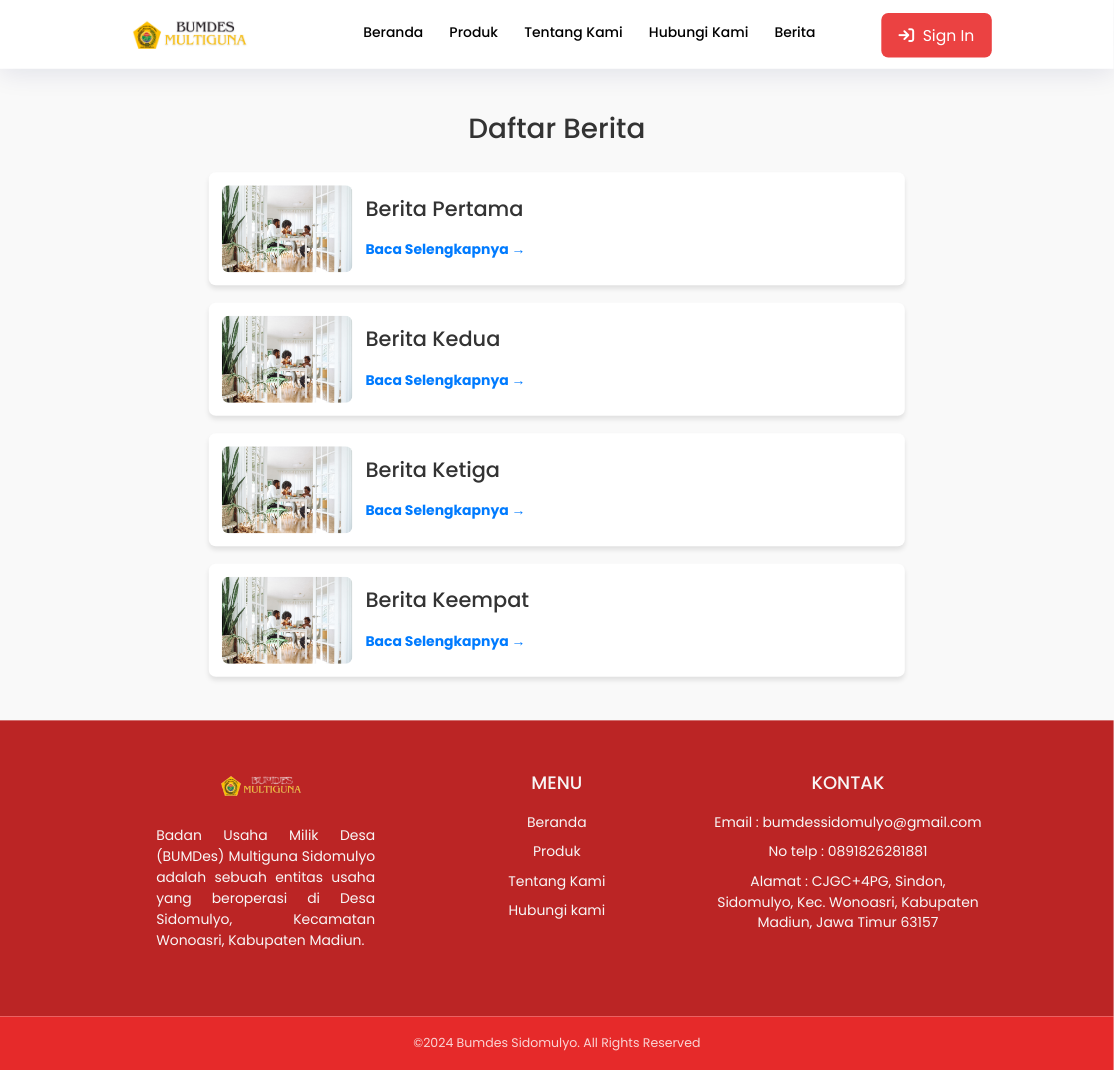
Repository: Sandyskuy/bumdes-user
Page: /newslist
The author's editor kept a copy of each file at every save. The page is drawn from the files as they stood at one save, then again after the next save.
The browser window is 1280 px wide. The pictures show the whole page, at 87% of full size.
The page's requests for data from a server got no answer. Some web libraries are served in a nearby version. The project was rebuilt for these pictures with package versions that can differ from the ones it lists, and the page was loaded fresh each time. No one was signed in, and anything a server would have sent is missing. Also part of the build but not shown: src/components/home/awards/awards.css, src/components/home/awards/Awards.jsx, src/components/common/Heading.jsx, src/components/home/featured/Featured.css, src/components/home/featured/FeaturedCard.jsx, src/components/home/featured/Featured.jsx, src/components/home/hero/hero.css, src/components/home/hero/Hero.jsx and 30 more.

Above is the page before, as saved 2025-03-17 22:22:54.

### public/index.html
<!DOCTYPE html>
<html lang="en">
  <head>
    <meta charset="utf-8" />
    <link rel="icon" href="%PUBLIC_URL%/favicon2.png" />
    <meta name="viewport" content="width=device-width, initial-scale=1" />
    <meta name="theme-color" content="#000000" />
    <meta name="description" content="Web site created using create-react-app" />
    <link rel="apple-touch-icon" href="%PUBLIC_URL%/logo192.png" />
    <link rel="stylesheet" href="https://cdnjs.cloudflare.com/ajax/libs/font-awesome/6.1.1/css/all.min.css" integrity="sha512-KfkfwYDsLkIlwQp6LFnl8zNdLGxu9YAA1QvwINks4PhcElQSvqcyVLLD9aMhXd13uQjoXtEKNosOWaZqXgel0g==" crossorigin="anonymous" referrerpolicy="no-referrer" />
    <link rel="manifest" href="%PUBLIC_URL%/manifest.json" />
    <link href="https://cdn.jsdelivr.net/npm/bootstrap@5.3.0-alpha1/dist/css/bootstrap.min.css" rel="stylesheet">
</head>
    <title>Bumdes Multiguna</title>
  </head>
  <body>
    <noscript>You need to enable JavaScript to run this app.</noscript>
    <div id="root"></div>
  </body>
</html>

### src/components/pages/DefaultLayout.jsx
import React from 'react';
import Header from '../common/header/Header';
import Footer from '../common/footer/Footer';

const DefaultLayout = ({ children }) => {
  return (
    <>
      <Header />
      <main>{children}</main>
      <Footer />
    </>
  );
};

export default DefaultLayout;

### src/components/news/Newslist.jsx
import React from "react";
import { Link } from "react-router-dom";
import "./Newslist.css";
import img from "../images/about.jpg";

const NewsList = () => {
  // Data berita manual
  const newsItems = [
    {
      id: 1,
      image: "https://via.placeholder.com/150",
      title: "Berita Pertama",
    },
    {
      id: 2,
      image: "https://via.placeholder.com/150",
      title: "Berita Kedua",
    },
    {
      id: 3,
      image: "https://via.placeholder.com/150",
      title: "Berita Ketiga",
    },
    {
      id: 4,
      image: "https://via.placeholder.com/150",
      title: "Berita Keempat",
    },
  ];

  return (
    <section className="news-list">
      <div className="container">
        <h1>Daftar Berita</h1>
        <div className="news-list-container">
          {newsItems.map((news) => (
            <div className="newslist-item" key={news.id}>
              <img src={img} alt={news.title} />
              <div className="newslist-info">
                <h2>{news.title}</h2>
                <Link to={`/news/${news.id}`} className="read-more">
                  Baca Selengkapnya →
                </Link>
              </div>
            </div>
          ))}
        </div>
      </div>
    </section>
  );
};

export default NewsList;

### src/components/services/Service.css
@import url("https://fonts.googleapis.com/css2?family=Poppins:wght@400;500;700&display=swap");

body {
  font-family: "Poppins", sans-serif;
}

/* FILTER BAR */
.filter-container {
  display: flex;
  justify-content: center;
  gap: 15px;
  margin-bottom: 50px;
  margin-top: 50px;
  flex-wrap: wrap;
}

.search-input,
.category-select {
  padding: 10px;
  border-radius: 8px;
  border: 1px solid #ccc;
  font-size: 14px;
  height: 40px;
}

.search-input {
  width: 250px;
}

/* GRID PRODUK */
.service {
  display: grid;
  grid-template-columns: repeat(auto-fill, minmax(250px, 1fr));
  gap: 20px;
  justify-content: center;
}

/* CARD PRODUK */
.card {
  background: white;
  border-radius: 12px;
  overflow: hidden;
  box-shadow: 0 4px 10px rgba(0, 0, 0, 0.1);
  transition: all 0.3s ease-in-out;
  text-decoration: none;
  color: inherit;
}

.card:hover {
  transform: translateY(-5px);
  box-shadow: 0 8px 20px rgba(0, 0, 0, 0.15);
}

.card-img-top {
  width: 100%;
  height: 180px;
  object-fit: cover;
  border-top-left-radius: 12px;
  border-top-right-radius: 12px;
}

.card-body {
  padding: 15px;
}

.card-title {
  font-size: 1.1rem;
  font-weight: bold;
}

.category-name {
  font-size: 12px;
  color: white;
  background-color: #007bff;
  padding: 4px 10px;
  border-radius: 12px;
  font-weight: 500;
}

.card-text {
  font-size: 1rem;
  color: #28a745;
  font-weight: bold;
}

/* PAGINATION */
.pagination-container {
  display: flex;
  justify-content: center;
  margin-top: 20px;
}

.pagination {
  display: flex;
  list-style: none;
  padding: 0;
}

.pagination a {
  padding: 10px 15px;
  border-radius: 5px;
  border: 1px solid #ddd;
  color: #333;
  text-decoration: none;
}

.pagination .active a {
  background-color: #007bff;
  color: white;
}

/* Responsive Styles */
@media (max-width: 1024px) {
  .filter-container {
    gap: 10px;
    margin-top: 30px;
  }

  .search-input,
  .category-select {
    width: 200px;
  }

  .service {
    grid-template-columns: repeat(3, 1fr);
  }
}

@media (max-width: 768px) {
  .filter-container {
    flex-direction: column;
    align-items: center;
  }

  .search-input,
  .category-select {
    width: 80%;
    margin-bottom: 15px;
  }

  .service {
    grid-template-columns: repeat(2, 1fr);
  }

  .card {
    width: 100%;
  }

  .card-title {
    font-size: 1rem;
  }

  .card-text {
    font-size: 0.9rem;
  }
}

@media (max-width: 480px) {
  .filter-container {
    flex-direction: column;
    align-items: center;
    gap: 5px;
    margin-top: 20px;
  }

  .service {
    grid-template-columns: 1fr;
  }

  .card {
    width: 100%;
    margin-bottom: 20px;
  }

  .card-title {
    font-size: 0.9rem;
  }

  .card-text {
    font-size: 0.9rem;
  }

  .pagination-container {
    margin-top: 20px;
  }
}

### src/components/services/Servicecard.css
@import url("https://fonts.googleapis.com/css2?family=Poppins:wght@400;500;700&display=swap");

.card {
  width: 100%; /* Ensure the card takes full width of its container */
  max-width: 20rem; /* Limit card width */
  border: none;
  border-radius: 8px;
  overflow: hidden; /* Prevent image overflow */
  box-shadow: 0 4px 8px rgba(0, 0, 0, 0.1);
  transition: transform 0.3s ease, box-shadow 0.3s ease;
  cursor: pointer; /* Change cursor to hand on hover */
}

.card:hover {
  transform: translateY(-5px); /* Lift the card on hover */
  box-shadow: 0 8px 16px rgba(0, 0, 0, 0.2);
}

.card-img-top {
  width: 100%;
  height: 15rem;
  object-fit: cover;
  border-top-left-radius: 8px;
  border-top-right-radius: 8px;
}

.card-body {
  padding: 20px;
}

.card-title {
  font-family: "Poppins", sans-serif;
  font-size: 1.25rem;
  font-weight: bold;
  margin-bottom: 10px;
}

.card-text {
  font-family: "Poppins", sans-serif;
  font-size: 1rem;
  color: #666;
  margin-bottom: 20px;
}

.btn {
  display: block;
  width: 100%;
  background-color: #007bff;
  color: #fff;
  border: none;
  padding: 10px 0;
  border-radius: 0;
  text-align: center;
  text-decoration: none;
  transition: background-color 0.3s ease;
}

.btn:hover {
  background-color: #0056b3;
}

.card-title-container {
  display: flex;
  justify-content: space-between;
  align-items: center;
}

.category-name {
  font-size: 13px;
  font-family: "Poppins", sans-serif;
  color: #000;
  background-color: #ccc;
  border: 1px solid #ccc;
  padding: 2px 8px;
  border-radius: 15px;
}

/* Responsive Grid Layout for Cards */
.card-container {
  display: grid;
  grid-template-columns: repeat(
    auto-fill,
    minmax(18rem, 1fr)
  ); /* Auto-fill columns with a minimum width of 18rem */
  gap: 20px; /* Space between cards */
}

/* For mobile devices (max-width: 768px) */
@media (max-width: 768px) {
  .card-container {
    grid-template-columns: repeat(2, 1fr); /* At least 2 items per row */
  }

  .card-title {
    font-size: 1.1rem; /* Slightly smaller title for mobile */
  }

  .card-text {
    font-size: 0.9rem; /* Smaller text for mobile */
  }
}

/* For smaller mobile screens (max-width: 480px) */
@media (max-width: 480px) {
  .card-container {
    grid-template-columns: 1fr; /* Only 1 item per row on very small screens */
  }

  .card-title {
    font-size: 1rem; /* Further adjust title size */
  }

  .card-text {
    font-size: 0.85rem; /* Adjust text size */
  }
}

### src/components/common/header/Header.jsx
import React, { useEffect, useState, useMemo } from "react";
import { Link, useNavigate } from "react-router-dom";
import { Dropdown } from "react-bootstrap";
import classNames from "classnames";
import "./header.css";
import { nav, navLogined } from "../../data/Data";
import Profile from "../../images/Profile.png";

const Header = () => {
  const [navList, setNavList] = useState(false);
  const [login, setLogin] = useState(() => !!localStorage.getItem("token")); // Perbaikan di sini
  const navigate = useNavigate();

  useEffect(() => {
    const handleStorageChange = () => {
      setLogin(!!localStorage.getItem("token"));
    };

    window.addEventListener("storage", handleStorageChange);
    return () => window.removeEventListener("storage", handleStorageChange);
  }, []);

  const handleLogout = () => {
    localStorage.clear();
    setLogin(false); // Pastikan state diperbarui
    navigate("/login");
  };

  const navItems = useMemo(() => (login ? navLogined : nav), [login]);

  return (
    <header>
      <div className="container flex">
        <div className="logo-bumdes">
          <img src="./images/logo1.png" alt="Logo" />
        </div>
        <nav className="nav">
          <ul className={classNames({ small: navList, flex: !navList })}>
            {navItems.map((list, index) => (
              <li key={index}>
                <Link to={list.path}>{list.text}</Link>
              </li>
            ))}
          </ul>
        </nav>
        <div className="button flex">
          {login ? (
            <Dropdown>
              <Dropdown.Toggle
                variant="light"
                id="dropdown-basic"
                className="profile-dropdown-toggle"
              >
                <img src={Profile} alt="Profile" className="profile-image" />
              </Dropdown.Toggle>
              <Dropdown.Menu align="end">
                <Dropdown.Item as={Link} to="/keranjang">
                  Keranjang
                </Dropdown.Item>
                <Dropdown.Item as={Link} to="/payments">
                  Pembayaran
                </Dropdown.Item>
                <Dropdown.Item as={Link} to="/riwayat">
                  Riwayat
                </Dropdown.Item>
                <Dropdown.Divider />
                <Dropdown.Item onClick={handleLogout}>Logout</Dropdown.Item>
              </Dropdown.Menu>
            </Dropdown>
          ) : (
            <Link to="/login">
              <button className="btn-signin">
                <i className="fa fa-sign-in"></i> Sign In
              </button>
            </Link>
          )}
        </div>
        <div className="toggle">
          <button onClick={() => setNavList((prev) => !prev)}>
            <i className={`fa ${navList ? "fa-times" : "fa-bars"}`}></i>
          </button>
        </div>
      </div>
    </header>
  );
};

export default Header;

### src/components/common/footer/Footer.jsx
import React from "react";
import { footer } from "../../data/Data";
import "./footer.css";

const Footer = () => {
  return (
    <>
      <footer>
        <div className="container">
          <div className="box">
            <div className="logo">
              <img src="../images/logo3.png" alt="" />

              <p>
                Badan Usaha Milik Desa (BUMDes) Multiguna Sidomulyo adalah
                sebuah entitas usaha yang beroperasi di Desa Sidomulyo,
                Kecamatan Wonoasri, Kabupaten Madiun.
              </p>
            </div>
          </div>

          {footer.map((val) => (
            <div className="box" key={val.title}>
              <h3>{val.title}</h3>
              <ul>
                {val.text.map((items, index) => (
                  <li key={index}>{items.list}</li>
                ))}
              </ul>
            </div>
          ))}
        </div>
      </footer>
      <div className="legal">
        <span>©2024 Bumdes Sidomulyo. All Rights Reserved</span>
      </div>
    </>
  );
};

export default Footer;

### src/components/news/Newslist.css
.news-list {
  padding: 50px 20px;
  background: #f9f9f9;
}

.news-list h1 {
  text-align: center;
  margin-bottom: 30px;
  font-size: 2rem;
  color: #333;
}

.news-list-container {
  display: flex;
  flex-direction: column;
  gap: 20px;
  max-width: 800px;
  margin: 0 auto;
}

.newslist-item {
  display: flex;
  align-items: center;
  background: white;
  border-radius: 8px;
  padding: 15px;
  box-shadow: 0px 4px 6px rgba(0, 0, 0, 0.1);
  transition: transform 0.3s ease-in-out;
}

.newslist-item:hover {
  transform: translateY(-5px);
}

.newslist-item img {
  width: 150px;
  height: 100px;
  object-fit: cover;
  border-radius: 8px;
  margin-right: 15px;
}

.newslist-info {
  flex: 1;
}

.newslist-info h2 {
  font-size: 1.5rem;
  color: #333;
  margin-bottom: 5px;
}

.newslist-info p {
  font-size: 1rem;
  color: #666;
  margin-bottom: 10px;
}

.read-more {
  text-decoration: none;
  color: #28a745;
  font-weight: bold;
  transition: 0.3s;
}

.read-more:hover {
  color: #218838;
}

### src/components/news/NewsDetail.css
/* General styling */
.news-detail {
  background-color: #f4f6f9;
  padding: 40px 0;
  font-family: "Roboto", sans-serif;
}

.container-news {
  max-width: 1200px;
  margin: 0 auto;
  padding: 0 20px;
}

.news-header {
  margin-bottom: 40px;
}

.news-title {
  font-size: 3rem;
  font-weight: 700;
  color: #333;
  margin-top: 20px;
}

.news-description {
  font-size: 1.2rem;
  color: #777;
  margin-top: 10px;
  line-height: 1.5;
}

.news-detail-image {
  width: 100%;
  height: auto;
  border-radius: 8px;
  box-shadow: 0 4px 8px rgba(0, 0, 0, 0.1);
  margin-top: 20px; /* Adds some space above the image */
  object-fit: cover; /* Ensures the image covers the space without stretching */
}

.news-meta {
  margin-top: 20px;
  font-size: 1rem;
  color: #555;
  display: flex;
  flex-wrap: wrap;
  gap: 15px;
  align-items: center;
}

.author,
.publish-date {
  margin: 0;
  font-size: 1rem;
  color: #555;
}

.author {
  font-weight: 600;
}

.publish-date {
  color: #777;
}

.tags {
  margin-top: 10px;
  display: flex;
  gap: 10px;
}

.tag {
  background-color: #868689;
  color: white;
  padding: 5px 10px;
  border-radius: 5px;
  font-size: 0.6rem;
  cursor: pointer;
}

.news-content {
  font-size: 1.4rem;
  color: #555;
  line-height: 1.8;
  margin-top: 30px;
  text-align: justify;
}

.divider {
  width: 1px;
  height: 20px;
  background-color: #ccc; /* Light gray color for the divider */
  margin: 0;
}

.read-more {
  color: #007bff;
  text-decoration: none;
  font-size: 1rem;
  margin-top: 15px;
  display: inline-block;
}

.read-more:hover {
  text-decoration: underline;
}

/* Responsive Design */
@media (max-width: 768px) {
  .news-title {
    font-size: 2.4rem;
  }

  .news-description {
    font-size: 1rem;
  }

  .news-meta {
    font-size: 1rem;
  }

  .news-content {
    font-size: 1.3rem;
  }

  .news-detail-image {
    width: 100%;
    height: auto;
    object-fit: cover; /* Maintain aspect ratio */
  }

  .related-news-list {
    flex-direction: column;
  }

  .related-news-item {
    width: 100%;
  }
}

### src/components/home/location/style.css
@import url("https://fonts.googleapis.com/css2?family=Poppins:wght@300;400;600&display=swap");

.about {
  padding: 50px 0;
  background: #f8f9fa;
}

.grid {
  display: grid;
  grid-template-columns: repeat(2, 1fr);
  align-items: center;
  gap: 40px;
}

.about-text p {
  text-align: justify;
  font-size: 16px;
  line-height: 1.6;
  color: #333;
}

.about-title {
  text-align: left;
  margin-bottom: 20px;
}

.about-title h1 {
  font-size: 35px;
  font-weight: 600;
  color: #222;
  margin-bottom: 5px;
}

.about-title p {
  font-size: 16px;
  color: #555;
  margin: 0;
  line-height: 1.5;
}

.btn-visit {
  display: inline-block;
  background: #eb4242;
  color: white;
  padding: 12px 20px;
  border-radius: 8px;
  text-decoration: none;
  font-weight: bold;
  margin-top: 15px;
  transition: 0.3s;
}

.btn-visit:hover {
  background: #0056b3;
}

.about-image img {
  width: 100%;
  border-radius: 12px;
  box-shadow: 0 8px 16px rgba(0, 0, 0, 0.1);
}

/* RESPONSIVE */
@media (max-width: 1024px) {
  .grid {
    grid-template-columns: 1fr; /* Stack content for medium screens */
    gap: 20px;
  }

  .about-text {
    margin: 0;
    text-align: center;
  }

  .about-title h1 {
    font-size: 28px;
  }

  .about-title p {
    font-size: 14px;
  }

  .btn-visit {
    width: 100%;
    text-align: center;
    padding: 12px;
  }

  .about-image img {
    border-radius: 8px;
  }

  /* Rearranging image above text */
  .about-image {
    order: -1; /* Move the image above the text */
  }
}

@media (max-width: 768px) {
  .grid {
    grid-template-columns: 1fr; /* Stack content for small screens */
    text-align: center;
  }

  .about-text {
    margin: auto;
  }

  .about-title h1 {
    font-size: 26px;
  }

  .about-title p {
    font-size: 14px;
  }

  .btn-visit {
    width: fit-content;
    margin: auto;
    padding: 10px 16px;
    font-size: 14px;
  }

  .about-image img {
    border-radius: 8px;
  }

  /* Rearranging image above text */
  .about-image {
    order: -1; /* Move the image above the text */
  }
}

@media (max-width: 480px) {
  .about-title h1 {
    font-size: 24px;
  }

  .about-title p {
    font-size: 12px;
  }

  .about-text p {
    font-size: 14px;
  }

  .btn-visit {
    padding: 10px 15px;
    font-size: 13px;
  }

  /* Rearranging image above text */
  .about-image {
    order: -1; /* Move the image above the text */
  }
}

### src/components/common/header/header.css
header {
  background-color: #fff;
  height: 11vh;
  box-shadow: 0 5px 30px rgb(0 22 84 / 10%);
  padding: 15px 0;
  position: sticky;
  top: 0;
  z-index: 99999;
}

.nav {
  margin-top: 10px; /* Adjust padding as needed */
}

.logo-bumdes {
  display: flex;
  align-items: center;
}

.logo-bumdes img {
  width: 170px; /* Adjust the width of the logo */
  height: auto; /* Maintain the aspect ratio */
  transition: transform 0.3s ease; /* Smooth transition for hover effects */
}

.logo-bumdes img:hover {
  transform: scale(1.05); /* Slightly enlarge the logo on hover */
}

.btn-signin {
  background: #eb4242;
  color: white;
  padding: 12px 20px;
  border-radius: 8px;
  text-decoration: none;
  font-weight: 400;
}

.btn-signin:hover {
  background: #e21f1f;
}

header a {
  margin-left: 30px;
  transition: 0.5s;
  font-weight: 500;
}
header a:hover {
  color: #e21f1f;
}
header span {
  width: auto;
  padding: 0px 6px;
  background: #e21f1f;
  border-radius: 50px;
  color: #ffffff;
  margin-right: 4px;
  font-weight: 400;
}
header h4 {
  font-weight: 500;
  margin-right: 20px;
}
header .toggle {
  display: none;
}

.btn-signout {
  display: inline-flex;
  align-items: center;
  justify-content: center;
  padding: 10px 20px;
  background-color: #e21f1f; /* Primary color */
  color: #fff; /* Text color */
  border: none; /* No border */
  border-radius: 5px; /* Rounded corners */
  font-size: 16px; /* Font size */
  font-weight: 500; /* Font weight */
  text-decoration: none; /* No underline */
  cursor: pointer; /* Pointer cursor on hover */
  transition: background-color 0.3s ease, color 0.3s ease; /* Smooth transition for hover effects */
}

.btn-signout i {
  margin-right: 8px; /* Space between icon and text */
}

.btn-signout:hover {
  background-color: #c81a1a; /* Darker shade for hover effect */
  color: #fff; /* Ensure text color remains white */
}

/* header.css */
.profile-dropdown {
  position: relative;
  display: inline-block;
}

.profile-image {
  width: 40px;
  height: 40px;
  border-radius: 50%;
  cursor: pointer;
}

.profile-dropdown-toggle {
  padding: 0;
  border: none;
  background: none;
}

.profile-dropdown-toggle::after {
  display: none;
}

@media screen and (max-width: 768px) {
  header {
    padding: 0;
  }
  header img {
    margin-top: 30px;
  }
  header .button {
    display: none;
  }
  header .nav .flex {
    display: none;
  }
  header .toggle {
    display: block;
    margin-top: 20px;
  }
  header .small {
    position: absolute;
    top: 10vh;
    left: 0;
    width: 100%;
    background-color: #e21f1f;
    padding: 20px;
  }
  header li a {
    display: inline-block;
    margin-bottom: 20px;
    color: #fff;
  }
}

### src/components/common/footer/footer.css
.footerContact {
  background-color: #27ae60;
  padding: 40px 0;
  color: #fff;
  text-align: center;
}

.footerContact h1 {
  font-size: 35px;
}

footer {
  background-color: #bb2525;
  padding: 60px 0;
  color: #f8f5f5;
}

footer .container {
  display: grid;
  grid-template-columns: repeat(auto-fit, minmax(200px, 1fr));
  grid-gap: 20px;
  padding: 0 20px;
  text-align: center;
}

footer img {
  width: 120px;
  margin-bottom: 15px;
}

footer h2 {
  font-weight: 500;
  font-size: 1.5rem;
}

footer p {
  color: rgb(248, 246, 246);
  margin: 15px auto;
  text-align: justify;
  max-width: 80%;
}

footer h3 {
  font-weight: 500;
  margin-bottom: 20px;
  font-size: 1.3rem;
}

footer ul {
  padding: 0;
  list-style: none;
}

footer ul li {
  color: rgb(247, 246, 246);
  margin-bottom: 10px;
  font-size: 1rem;
}

.subscribe-button {
  background-color: #1e21d3;
  color: #fff;
  border: none;
  padding: 10px 16px;
  border-radius: 5px;
  cursor: pointer;
  font-size: 1rem;
}

.subscribe-button:hover {
  background-color: #f38a8a;
}

.legal {
  text-align: center;
  padding: 20px;
  background: #e62a2a;
  color: rgba(255, 255, 255, 0.8);
  font-size: 0.9rem;
  border-top: 1px solid rgba(255, 255, 255, 0.2);
}

/* RESPONSIVE DESIGN */
@media screen and (max-width: 1024px) {
  footer .container {
    grid-template-columns: repeat(2, 1fr);
  }

  footer p {
    max-width: 90%;
  }
}

@media screen and (max-width: 768px) {
  footer .container {
    grid-template-columns: 1fr;
    text-align: center;
  }

  footer img {
    width: 100px;
  }

  footer p {
    max-width: 100%;
    text-align: center;
  }
}

@media screen and (max-width: 480px) {
  footer h2 {
    font-size: 1.3rem;
  }

  footer h3 {
    font-size: 1.1rem;
  }

  .subscribe-button {
    font-size: 0.9rem;
    padding: 8px 14px;
  }

  .legal {
    font-size: 0.8rem;
  }
}

Loaded but not shown: src/index.js (common file); src/App.js (common file); src/App.css (common file); src/components/contact/contact.css (common file); src/components/data/Data.js (383 lines, source omitted); src/components/home/recomended/bestselling.css (186 lines, source omitted); src/components/transaksi/Keranjang.css (170 lines, source omitted); src/components/pages/Pages.jsx (150 lines, source omitted)

After the next save:
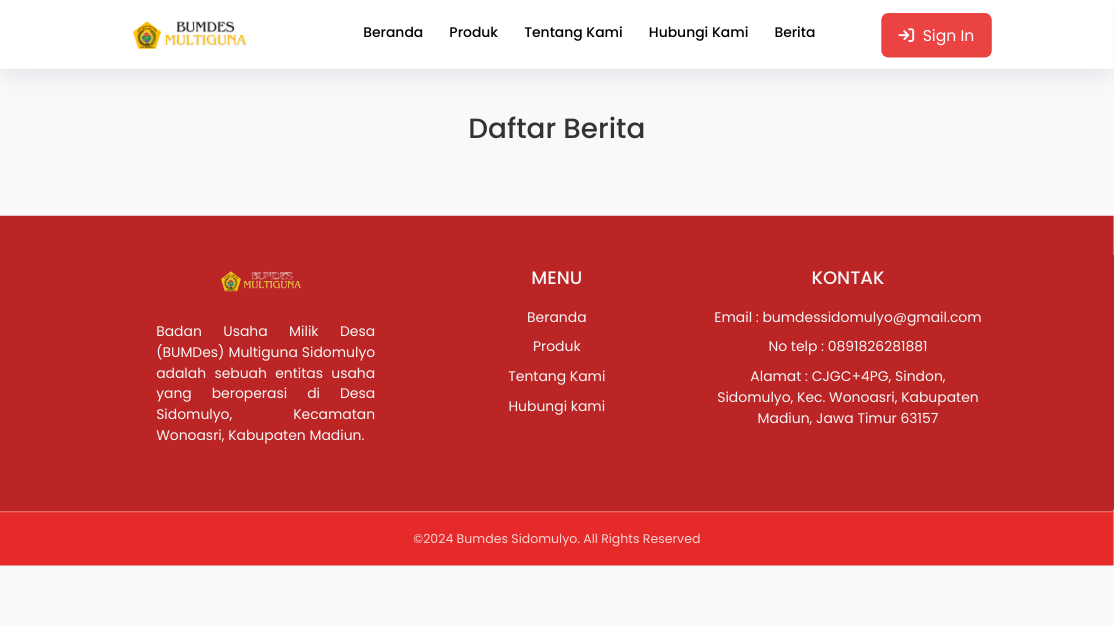
Saved 96 s later.
--- a/src/components/news/Newslist.jsx
+++ b/src/components/news/Newslist.jsx
@@ -1,32 +1,16 @@
-import React from "react";
+import React, { useEffect, useState } from "react";
 import { Link } from "react-router-dom";
 import "./Newslist.css";
-import img from "../images/about.jpg";
 
 const NewsList = () => {
-  // Data berita manual
-  const newsItems = [
-    {
-      id: 1,
-      image: "https://via.placeholder.com/150",
-      title: "Berita Pertama",
-    },
-    {
-      id: 2,
-      image: "https://via.placeholder.com/150",
-      title: "Berita Kedua",
-    },
-    {
-      id: 3,
-      image: "https://via.placeholder.com/150",
-      title: "Berita Ketiga",
-    },
-    {
-      id: 4,
-      image: "https://via.placeholder.com/150",
-      title: "Berita Keempat",
-    },
-  ];
+  const [newsItems, setNewsItems] = useState([]);
+
+  useEffect(() => {
+    fetch("http://localhost:8000/api/news") // Sesuaikan dengan endpoint backend CI4
+      .then((response) => response.json())
+      .then((data) => setNewsItems(data))
+      .catch((error) => console.error("Error fetching news:", error));
+  }, []);
 
   return (
     <section className="news-list">
@@ -35,9 +19,9 @@
         <div className="news-list-container">
           {newsItems.map((news) => (
             <div className="newslist-item" key={news.id}>
-              <img src={img} alt={news.title} />
+              <img src={news.gambar} alt={news.judul} />
               <div className="newslist-info">
-                <h2>{news.title}</h2>
+                <h2>{news.judul}</h2>
                 <Link to={`/news/${news.id}`} className="read-more">
                   Baca Selengkapnya →
                 </Link>
